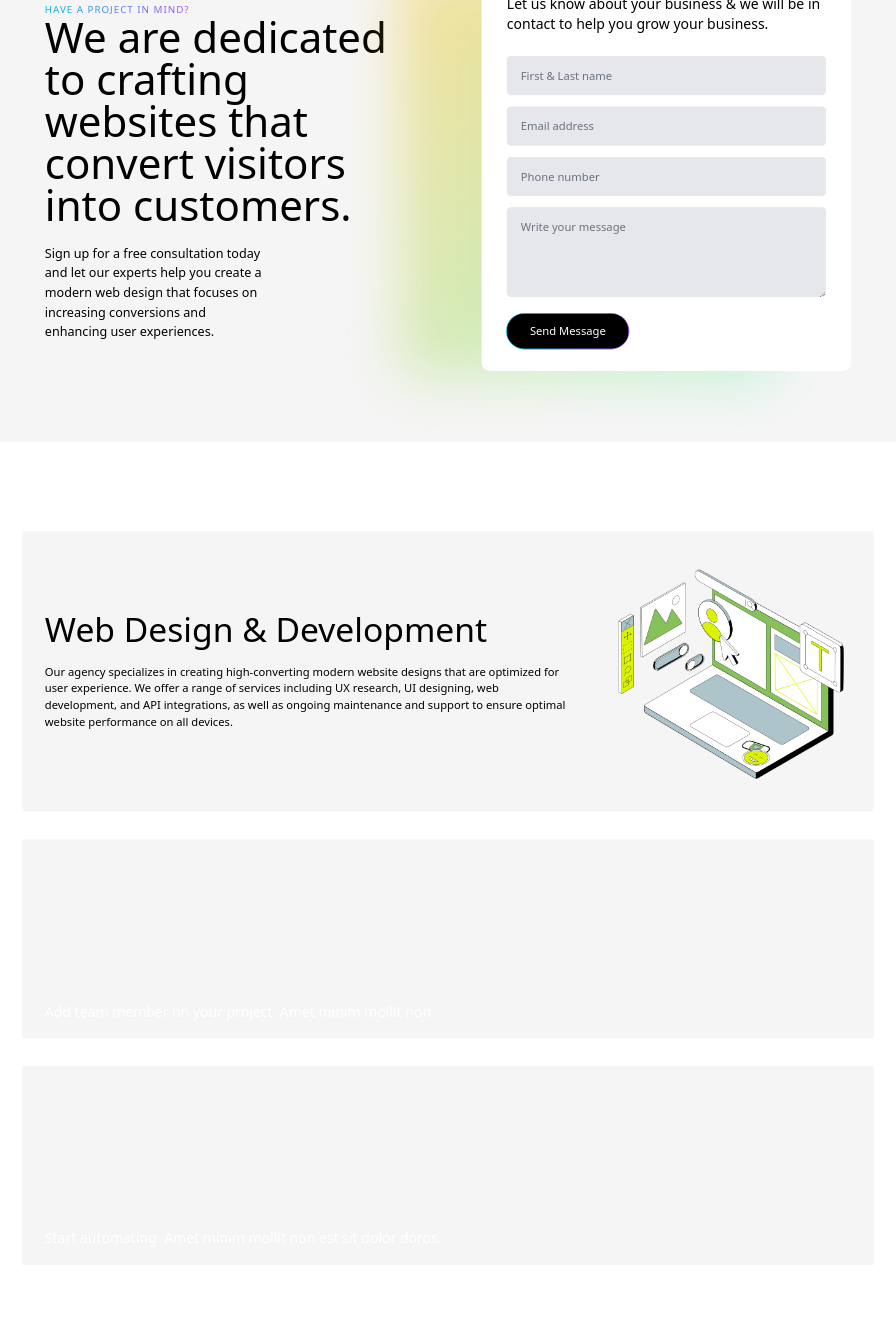
Repository: ornelasedward/mired_website
Page: /
These files come from the project's save history. The page is drawn as it stood at one moment and after the next save; the edit follows.
The browser window is 1280 px wide. The pictures show the part of the page from y = 1403 to 3323 px (the page is 3338 px tall), at 70% of full size.
The project was rebuilt for these pictures with package versions that can differ from the ones it lists, and the page was loaded fresh each time. The framework's server and built-in components were replaced by stand-ins that run in the browser. Also part of the build but not shown: next.config.js.

Above is the page before, as saved 2023-03-28 20:01:08.

After the next save:
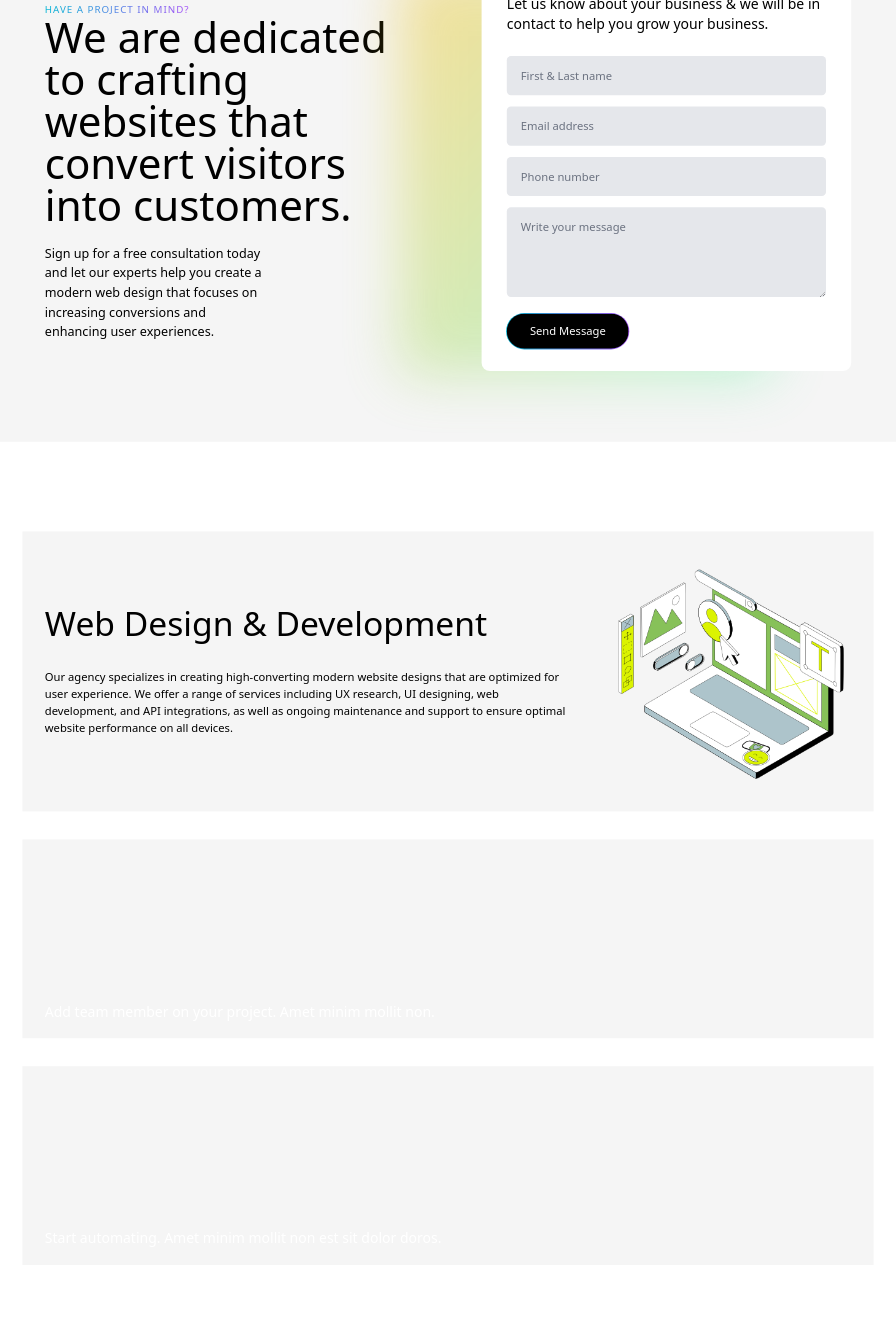
Saved 14 s later.
--- a/components/Services.tsx
+++ b/components/Services.tsx
@@ -9,7 +9,7 @@
           <div className="bg-[#F5F5F5]">
             <div className="grid grid-cols-3">
               <div className="col-span-2 flex items-center">
-                <div className="sm:px-8 flex flex-col gap-6">
+                <div className="sm:px-8 flex flex-col gap-10">
                   <h1 className="text-5xl font-normal text-black">
                     Web Design & Development
                   </h1>
